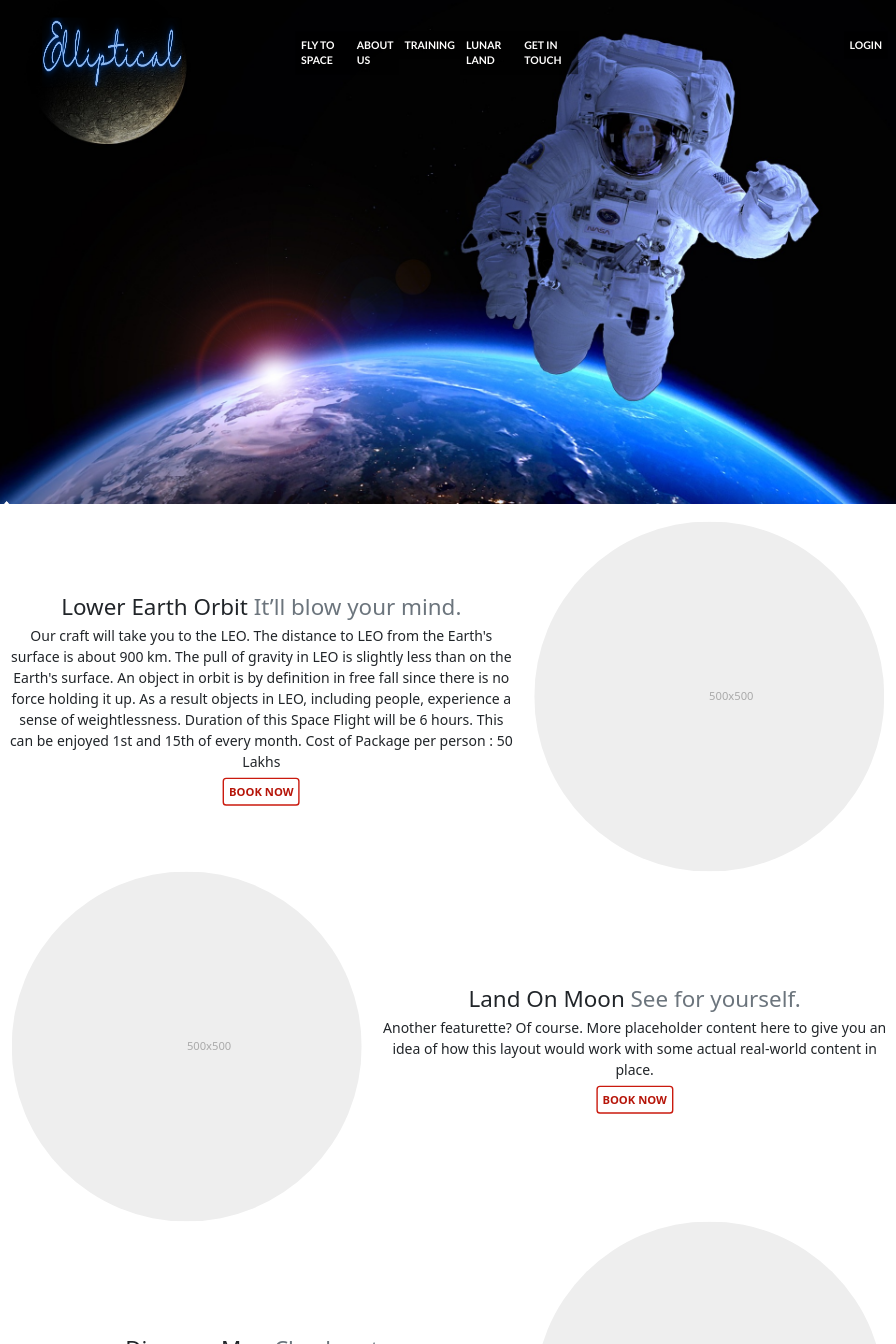
Repository: sarthakkathpalia/elliptical
Page: html/home.html
The author's editor kept a copy of each file at every save. The page is drawn from the files as they stood at one save, then again after the next save.
The browser window is 1280 px wide. The pictures show the part of the page from y = 0 to 1920 px (the page is 4287 px tall), at 70% of full size.
Some web libraries are served in a nearby version.

Above is the page before, as saved 2021-10-31 14:51:17.
Console error: ReferenceError: emailjs is not defined

After the next save:
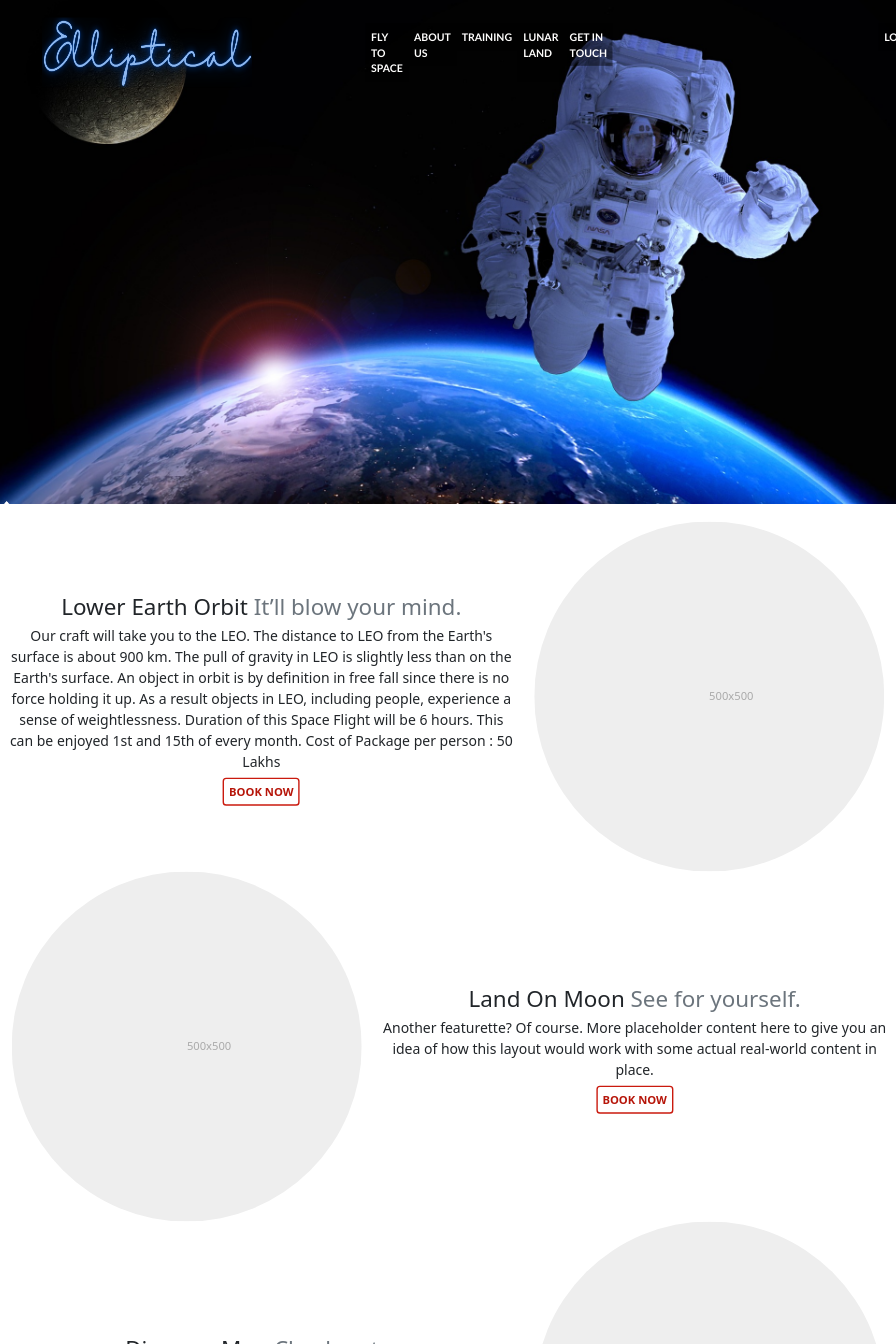
Saved 7 s later.
--- a/html/home.html
+++ b/html/home.html
@@ -23,7 +23,7 @@
     <nav class="navbar navbar-expand-lg ">
 
       <a class="logo" href="#">
-        <img src="./Ellip1.png" alt="Elliptical" width="200px" height="100px">
+        <img src="./Ellip1.png" alt="Elliptical" width="300px" height="100px">
       </a>
 
         <div class="container">
